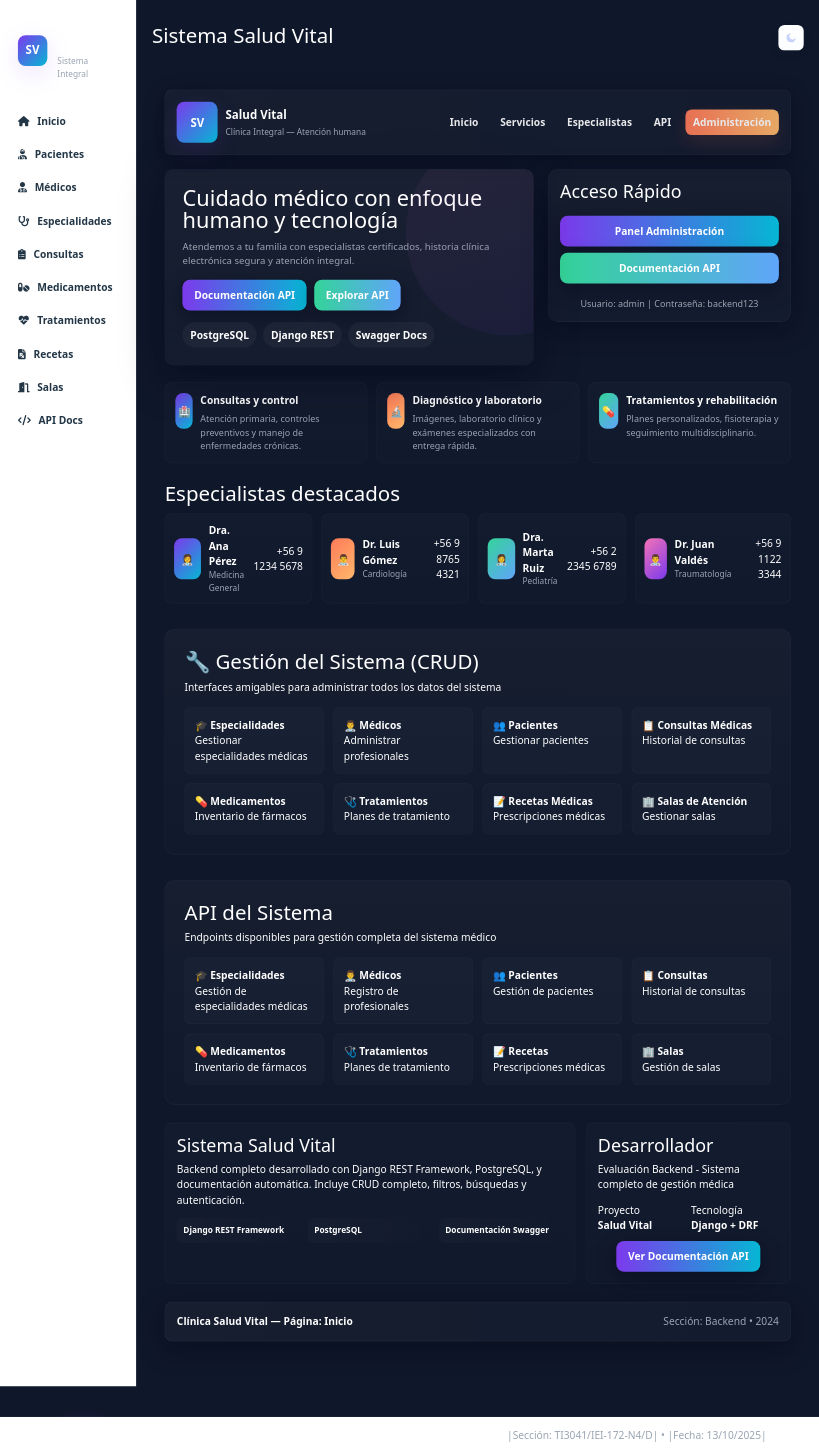
Repository: KeviNozh/eva2_clinica
Page: templates/index.html
The author's editor kept a copy of each file at every save. The page is drawn from the files as they stood at one save, then again after a run of saves.
The browser window is 1280 px wide. The pictures show the whole page, at 64% of full size.
The template is drawn by Django 5.2. The application's start-up code is not run. Other server files are loaded and not shown. The template is opened directly, without the code that normally fills it, so the values that code supplies are empty.

Above is the page before, as saved 2025-10-14 19:41:50.

### templates/index.html
{% extends 'base.html' %}

{% block title %}Inicio - Salud Vital{% endblock %}

{% block content %}
<!DOCTYPE html>
<html lang="es">
<head>
  <meta charset="utf-8" />
  <meta name="viewport" content="width=device-width,initial-scale=1" />
  <style>
  /* Paleta viva y variables */
  :root{
    --bg:#0f172a;               /* fondo oscuro general */
    --soft-bg:#f6fbff;          /* paneles claros */
    --glass: rgba(224, 255, 246, 0.06);
    --muted:#9aa4b2;
    --white:#ffffff;

    --c1-start:#7c3aed; --c1-end:#06b6d4;   /* morado -> cian */
    --c2-start:#ff7a59; --c2-end:#ffb86b;   /* naranja -> amarillo */
    --c3-start:#34d399; --c3-end:#60a5fa;   /* verde -> azul */
    --c4-start:#f472b6; --c4-end:#7c3aed;   /* rosa -> morado */

    --radius:14px;
    --shadow-lg: 0 18px 60px rgba(2,6,23,0.5);
    --max-width:1200px;
    font-family: Inter, system-ui, -apple-system, "Segoe UI", Roboto, "Helvetica Neue", Arial, sans-serif;
    color-scheme: dark;
  }

  /* Reset y layout */
  *{box-sizing:border-box}
  html,body{height:100%;margin:0;background:
    radial-gradient(600px 300px at 10% 10%, rgba(124,58,237,0.12), transparent 10%),
    radial-gradient(500px 240px at 90% 70%, rgba(6,182,212,0.08), transparent 8%),
    var(--bg);
    -webkit-font-smoothing:antialiased;color:var(--white);
  }
  a{color:inherit;text-decoration:none}
  .wrap{max-width:var(--max-width);margin:30px auto;padding:20px}

  /* Header */
  header.site{
    display:flex;align-items:center;gap:16px;padding:18px;border-radius:12px;
    background: linear-gradient(90deg, rgba(255,255,255,0.03), rgba(255,255,255,0.02));
    border: 1px solid rgba(255,255,255,0.04);
    box-shadow: 0 8px 30px rgba(2,6,23,0.45);
  }
  .brand{display:flex;gap:12px;align-items:center}
  .logo{
    width:64px;height:64px;border-radius:12px;background:linear-gradient(135deg,var(--c1-start),var(--c1-end));
    display:grid;place-items:center;font-weight:900;font-size:18px;color:var(--white);box-shadow:0 12px 40px rgba(124,58,237,0.14)
  }
  .brand .title{font-weight:800;font-size:18px}
  .brand .subtitle{font-size:13px;color:var(--muted);margin-top:4px}

  nav.main{margin-left:auto;display:flex;gap:10px;align-items:center}
  .nav-link{padding:8px 12px;border-radius:10px;color:var(--white);opacity:0.9;font-weight:700}
  .nav-link.ghost{background:transparent;border:1px solid rgba(255,255,255,0.04);opacity:0.8}
  .nav-link.cta{background:linear-gradient(90deg,var(--c2-start),var(--c2-end));box-shadow:0 12px 30px rgba(255,122,89,0.14)}

  /* Hero */
  .hero{display:grid;grid-template-columns:1fr 380px;gap:22px;margin-top:22px;align-items:start}
  @media (max-width:980px){ .hero{grid-template-columns:1fr} }
  .hero-card{
    background: linear-gradient(180deg, rgba(255,255,255,0.04), rgba(255,255,255,0.02));
    border-radius:var(--radius);padding:28px;box-shadow:var(--shadow-lg);
    position:relative;overflow:hidden;
  }
  /* decorative shapes */
  .hero-card::before{
    content:"";position:absolute;right:-120px;top:-60px;width:320px;height:320px;border-radius:160px;
    background:linear-gradient(135deg,var(--c4-start),var(--c4-end));opacity:0.06;transform:rotate(20deg);
  }
  .hero h1{margin:0;font-size:34px;line-height:1.02}
  .hero p{margin:12px 0;color:var(--muted);font-size:15px}
  .cta-group{display:flex;gap:12px;margin-top:18px;flex-wrap:wrap}
  .btn{
    padding:12px 18px;border-radius:12px;border:0;font-weight:800;cursor:pointer;
    color:var(--white);box-shadow:0 10px 30px rgba(2,6,23,0.4)
  }
  .btn.primary{background:linear-gradient(90deg,var(--c1-start),var(--c1-end))}
  .btn.alt{background:linear-gradient(90deg,var(--c3-start),var(--c3-end))}

  /* Appointment card (right) */
  .appointment{
    background: linear-gradient(180deg, rgba(255,255,255,0.03), rgba(255,255,255,0.02));
    padding:18px;border-radius:16px;border:1px solid rgba(255,255,255,0.04);box-shadow:0 12px 40px rgba(2,6,23,0.45)
  }
  .appointment h3{margin:0 0 10px 0}
  .appointment label{display:block;font-size:13px;color:var(--muted);margin-bottom:6px}
  .appointment input, .appointment select{width:100%;padding:10px;border-radius:10px;border:1px solid rgba(255,255,255,0.04);background:transparent;color:var(--white);margin-bottom:10px}

  /* Services grid */
  .services{display:grid;grid-template-columns:repeat(3,1fr);gap:14px;margin-top:26px}
  @media (max-width:1100px){ .services{grid-template-columns:repeat(2,1fr)} }
  @media (max-width:700px){ .services{grid-template-columns:1fr} }
  .service{
    background:linear-gradient(180deg, rgba(255,255,255,0.02), rgba(255,255,255,0.01));
    padding:16px;border-radius:12px;border:1px solid rgba(255,255,255,0.03);display:flex;gap:12px;align-items:flex-start;
  }
  .service .icon{width:56px;height:56px;border-radius:12px;display:grid;place-items:center;color:var(--white);font-weight:900}
  .s1{background:linear-gradient(135deg,var(--c1-start),var(--c1-end))}
  .s2{background:linear-gradient(135deg,var(--c2-start),var(--c2-end))}
  .s3{background:linear-gradient(135deg,var(--c3-start),var(--c3-end))}
  .service .title{font-weight:800}
  .service .desc{color:var(--muted);margin-top:6px;font-size:14px}

  /* Specialists */
  .specialists{margin-top:28px}
  .specialists h2{margin:0 0 12px 0}
  .cards{display:grid;grid-template-columns:repeat(4,1fr);gap:14px}
  @media (max-width:1100px){ .cards{grid-template-columns:repeat(2,1fr)} }
  @media (max-width:600px){ .cards{grid-template-columns:1fr} }
  .doctor{
    background:linear-gradient(180deg, rgba(255,255,255,0.02), rgba(255,255,255,0.01));
    padding:14px;border-radius:12px;border:1px solid rgba(255,255,255,0.03);display:flex;gap:12px;align-items:center;
  }
  .avatar{width:64px;height:64px;border-radius:12px;display:grid;place-items:center;font-weight:900;color:var(--white)}
  .avatar.a1{background:linear-gradient(135deg,var(--c1-start),var(--c1-end))}
  .avatar.a2{background:linear-gradient(135deg,var(--c2-start),var(--c2-end))}
  .avatar.a3{background:linear-gradient(135deg,var(--c3-start),var(--c3-end))}
  .avatar.a4{background:linear-gradient(135deg,var(--c4-start),var(--c4-end))}
  .doc-meta .name{font-weight:800}
  .doc-meta .spec{color:var(--muted);font-size:13px}

  /* Facilities / base */
  .base{display:grid;grid-template-columns:2fr 1fr;gap:16px;margin-top:28px}
  @media (max-width:900px){ .base{grid-template-columns:1fr} }
  .about, .contact{
    background: linear-gradient(180deg, rgba(255,255,255,0.02), rgba(255,255,255,0.01));
    padding:18px;border-radius:12px;border:1px solid rgba(255,255,255,0.03);
  }
  .about h3{margin-top:0}
  .features{display:grid;grid-template-columns:repeat(3,1fr);gap:10px;margin-top:12px}
  .feature{padding:10px;border-radius:10px;background:linear-gradient(90deg, rgba(255,255,255,0.02), transparent);font-weight:700;color:var(--white);font-size:13px}

  /* Contact */
  .contact form input, .contact form textarea{width:100%;padding:10px;border-radius:10px;border:1px solid rgba(255,255,255,0.04);background:transparent;color:var(--white);margin-bottom:8px}

  /* Footer */
  footer.site{
    margin-top:28px;padding:18px;border-radius:12px;background:linear-gradient(90deg, rgba(255,255,255,0.03), rgba(255,255,255,0.02));
    border:1px solid rgba(255,255,255,0.04);
    display:flex;justify-content:space-between;align-items:center;gap:12px;box-shadow:0 12px 40px rgba(2,6,23,0.45)
  }
  .footer-left{font-weight:800}
  .footer-right{color:var(--muted)}
  .pill{display:inline-block;padding:8px 12px;border-radius:999px;background:rgba(255,255,255,0.04);font-weight:700}

  /* API Links Section */
  .api-section {
    margin-top: 40px;
    padding: 30px;
    background: linear-gradient(180deg, rgba(255,255,255,0.03), rgba(255,255,255,0.01));
    border-radius: 16px;
    border: 1px solid rgba(255,255,255,0.04);
  }
  .api-links {
    display: grid;
    grid-template-columns: repeat(auto-fit, minmax(200px, 1fr));
    gap: 15px;
    margin-top: 20px;
  }
  .api-link {
    padding: 15px;
    background: rgba(255,255,255,0.02);
    border-radius: 10px;
    border: 1px solid rgba(255,255,255,0.03);
    transition: all 0.3s ease;
  }
  .api-link:hover {
    background: rgba(255,255,255,0.05);
    transform: translateY(-2px);
  }

  /* Small responsive tweaks */
  @media (max-width:520px){
    .nav-link{display:none}
    header.site{padding:12px}
    .logo{width:52px;height:52px}
  }
  </style>
</head>
<body>
  <div class="wrap">
    <!-- Header -->
    <header class="site" role="banner" aria-label="Encabezado principal">
      <div class="brand">
        <div class="logo" aria-hidden>SV</div>
        <div>
          <div class="title">Salud Vital</div>
          <div class="subtitle">Clínica Integral — Atención humana</div>
        </div>
      </div>

      <nav class="main" role="navigation" aria-label="Navegación principal">
        <a class="nav-link" href="#home">Inicio</a>
        <a class="nav-link" href="#servicios">Servicios</a>
        <a class="nav-link" href="#medicos">Especialistas</a>
        <a class="nav-link" href="#api">API</a>
        <a class="nav-link cta" href="/admin/">Administración</a>
      </nav>
    </header>

    <!-- Hero + Appointment -->
    <section class="hero" id="home" aria-labelledby="hero-title">
      <div class="hero-card">
        <h1 id="hero-title">Cuidado médico con enfoque humano y tecnología</h1>
        <p>Atendemos a tu familia con especialistas certificados, historia clínica electrónica segura y atención integral.</p>

        <div class="cta-group">
          <a class="btn primary" href="/api/docs/">Documentación API</a>
          <a class="btn alt" href="/api/">Explorar API</a>
        </div>

        <div style="margin-top:18px;display:flex;gap:10px;flex-wrap:wrap">
          <span class="pill">PostgreSQL</span>
          <span class="pill">Django REST</span>
          <span class="pill">Swagger Docs</span>
        </div>
      </div>

      <aside class="appointment" aria-labelledby="ap-title" id="cita">
        <h3 id="ap-title">Acceso Rápido</h3>
        <div style="text-align: center; margin: 20px 0;">
          <a href="/admin/" class="btn primary" style="display: block; margin-bottom: 10px;">Panel Administración</a>
          <a href="/api/docs/" class="btn alt" style="display: block;">Documentación API</a>
        </div>
        <div style="color: var(--muted); font-size: 14px; text-align: center;">
          Usuario: admin | Contraseña: backend123
        </div>
      </aside>
    </section>

    <!-- Services -->
    <section id="servicios" class="services" aria-label="Servicios destacados">
      <article class="service">
        <div class="icon s1">🏥</div>
        <div>
          <div class="title">Consultas y control</div>
          <div class="desc">Atención primaria, controles preventivos y manejo de enfermedades crónicas.</div>
        </div>
      </article>

      <article class="service">
        <div class="icon s2">🔬</div>
        <div>
          <div class="title">Diagnóstico y laboratorio</div>
          <div class="desc">Imágenes, laboratorio clínico y exámenes especializados con entrega rápida.</div>
        </div>
      </article>

      <article class="service">
        <div class="icon s3">💊</div>
        <div>
          <div class="title">Tratamientos y rehabilitación</div>
          <div class="desc">Planes personalizados, fisioterapia y seguimiento multidisciplinario.</div>
        </div>
      </article>
    </section>

    <!-- Specialists -->
    <section class="specialists" id="medicos">
      <h2>Especialistas destacados</h2>
      <div class="cards" role="list">
        <div class="doctor" role="listitem">
          <div class="avatar a1">👩‍⚕️</div>
          <div class="doc-meta" style="flex:1">
            <div class="name">Dra. Ana Pérez</div>
            <div class="spec">Medicina General</div>
          </div>
          <div style="text-align:right">
            <div class="muted">+56 9 1234 5678</div>
          </div>
        </div>

        <div class="doctor">
          <div class="avatar a2">👨‍⚕️</div>
          <div class="doc-meta" style="flex:1">
            <div class="name">Dr. Luis Gómez</div>
            <div class="spec">Cardiología</div>
          </div>
          <div style="text-align:right">
            <div class="muted">+56 9 8765 4321</div>
          </div>
        </div>

        <div class="doctor">
          <div class="avatar a3">👩‍⚕️</div>
          <div class="doc-meta" style="flex:1">
            <div class="name">Dra. Marta Ruiz</div>
            <div class="spec">Pediatría</div>
          </div>
          <div style="text-align:right">
            <div class="muted">+56 2 2345 6789</div>
          </div>
        </div>

        <div class="doctor">
          <div class="avatar a4">👨‍⚕️</div>
          <div class="doc-meta" style="flex:1">
            <div class="name">Dr. Juan Valdés</div>
            <div class="spec">Traumatología</div>
          </div>
          <div style="text-align:right">
            <div class="muted">+56 9 1122 3344</div>
          </div>
        </div>
      </div>
    </section>

<!-- Agregar esta sección después de "Especialistas destacados" -->
<section class="api-section" id="crud">
  <h2>🔧 Gestión del Sistema (CRUD)</h2>
  <p class="muted">Interfaces amigables para administrar todos los datos del sistema</p>

  <div class="api-links">
    <a href="/crud/especialidades/" class="api-link">
      <strong>🎓 Especialidades</strong>
      <div class="muted">Gestionar especialidades médicas</div>
    </a>
    <a href="/crud/medicos/" class="api-link">
      <strong>👨‍⚕️ Médicos</strong>
      <div class="muted">Administrar profesionales</div>
    </a>
    <a href="/crud/pacientes/" class="api-link">
      <strong>👥 Pacientes</strong>
      <div class="muted">Gestionar pacientes</div>
    </a>
    <a href="/crud/consultas/" class="api-link">
      <strong>📋 Consultas Médicas</strong>
      <div class="muted">Historial de consultas</div>
    </a>
    <a href="/crud/medicamentos/" class="api-link">
      <strong>💊 Medicamentos</strong>
      <div class="muted">Inventario de fármacos</div>
    </a>
    <a href="/crud/tratamientos/" class="api-link">
      <strong>🩺 Tratamientos</strong>
      <div class="muted">Planes de tratamiento</div>
    </a>
    <a href="/crud/recetas/" class="api-link">
      <strong>📝 Recetas Médicas</strong>
      <div class="muted">Prescripciones médicas</div>
    </a>
    <a href="/crud/salas/" class="api-link">
      <strong>🏢 Salas de Atención</strong>
      <div class="muted">Gestionar salas</div>
    </a>
  </div>
</section>

    <!-- API Section -->
    <section class="api-section" id="api">
      <h2>API del Sistema</h2>
      <p class="muted">Endpoints disponibles para gestión completa del sistema médico</p>

      <div class="api-links">
        <a href="/api/especialidades/" class="api-link">
          <strong>🎓 Especialidades</strong>
          <div class="muted">Gestión de especialidades médicas</div>
        </a>
        <a href="/api/medicos/" class="api-link">
          <strong>👨‍⚕️ Médicos</strong>
          <div class="muted">Registro de profesionales</div>
        </a>
        <a href="/api/pacientes/" class="api-link">
          <strong>👥 Pacientes</strong>
          <div class="muted">Gestión de pacientes</div>
        </a>
        <a href="/api/consultas-medicas/" class="api-link">
          <strong>📋 Consultas</strong>
          <div class="muted">Historial de consultas</div>
        </a>
        <a href="/api/medicamentos/" class="api-link">
          <strong>💊 Medicamentos</strong>
          <div class="muted">Inventario de fármacos</div>
        </a>
        <a href="/api/tratamientos/" class="api-link">
          <strong>🩺 Tratamientos</strong>
          <div class="muted">Planes de tratamiento</div>
        </a>
        <a href="/api/recetas-medicas/" class="api-link">
          <strong>📝 Recetas</strong>
          <div class="muted">Prescripciones médicas</div>
        </a>
        <a href="/api/salas-atencion/" class="api-link">
          <strong>🏢 Salas</strong>
          <div class="muted">Gestión de salas</div>
        </a>
      </div>
    </section>

    <!-- Base / About & Contact -->
    <section class="base" id="contacto">
      <div class="about">
        <h3>Sistema Salud Vital</h3>
        <p class="muted">Backend completo desarrollado con Django REST Framework, PostgreSQL, y documentación automática. Incluye CRUD completo, filtros, búsquedas y autenticación.</p>

        <div class="features" aria-hidden>
          <div class="feature">Django REST Framework</div>
          <div class="feature">PostgreSQL</div>
          <div class="feature">Documentación Swagger</div>
        </div>
      </div>

      <aside class="contact" aria-labelledby="contact-title">
        <h3 id="contact-title">Desarrollador</h3>
        <p class="muted">Evaluación Backend - Sistema completo de gestión médica</p>

        <div style="display:flex;gap:8px;margin-top:8px">
          <div style="flex:1">
            <div class="muted">Proyecto</div>
            <div style="font-weight:800">Salud Vital</div>
          </div>
          <div style="flex:1">
            <div class="muted">Tecnología</div>
            <div style="font-weight:800">Django + DRF</div>
          </div>
        </div>

        <div style="margin-top:12px; text-align: center;">
          <a href="/api/docs/" class="btn primary">Ver Documentación API</a>
        </div>
      </aside>
    </section>

    <!-- Footer -->
    <footer class="site" role="contentinfo">
      <div class="footer-left">
        Clínica Salud Vital — Página: Inicio
      </div>
      <div class="footer-right">
        <div class="muted">Sección: Backend • <span>2024</span></div>
      </div>
    </footer>
  </div>
</body>
</html>
{% endblock %}

Loaded but not shown: templates/base.html (345 lines, source omitted)

After the next 4 saves:
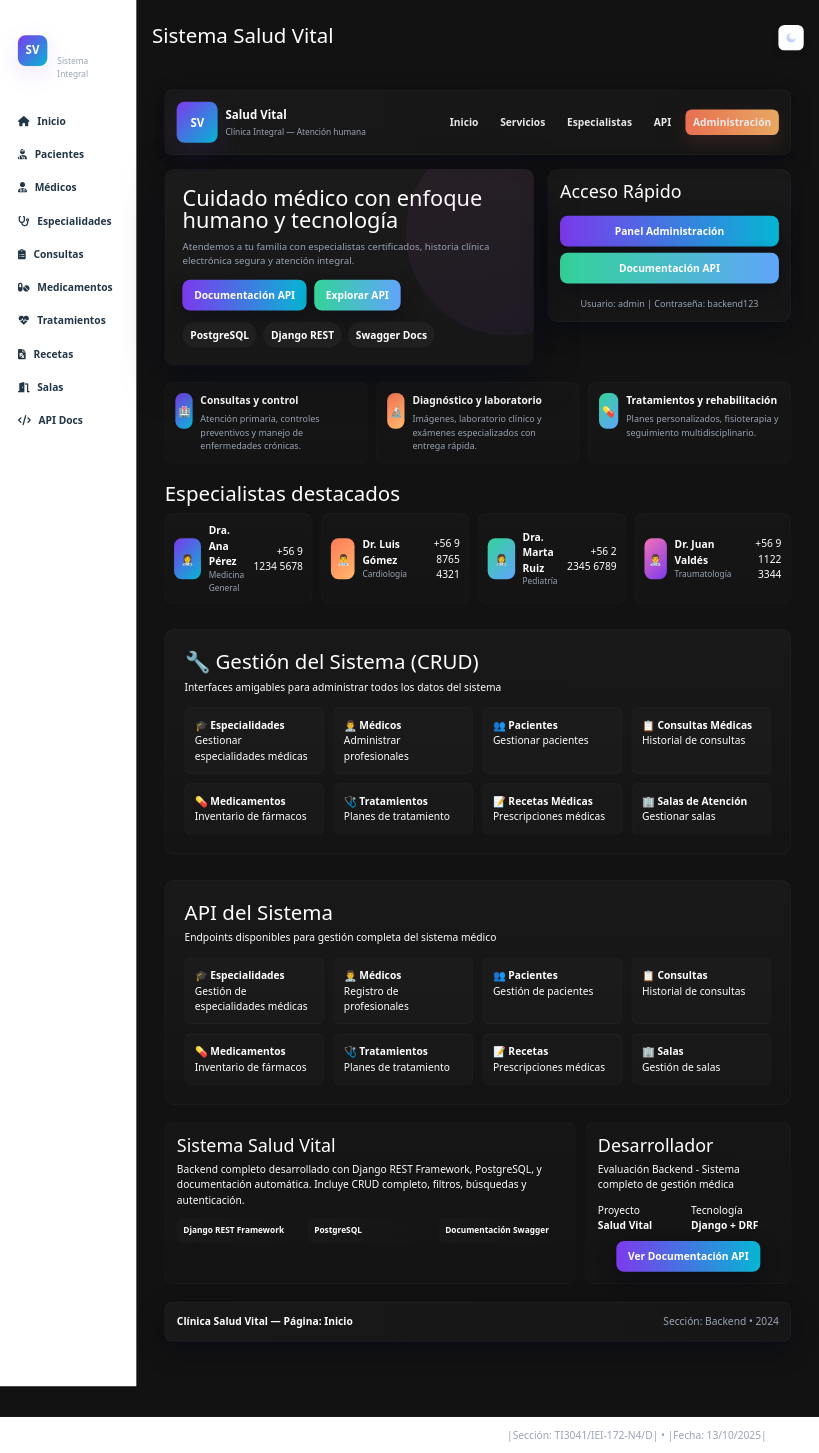
The 4 saves are shown as one change because they came seconds apart.
The last was saved 2 min 9 s later.
--- a/templates/index.html
+++ b/templates/index.html
@@ -11,7 +11,7 @@
   <style>
   /* Paleta viva y variables */
   :root{
-    --bg:#0f172a;               /* fondo oscuro general */
+    --bg:#               /* fondo oscuro general */
     --soft-bg:#f6fbff;          /* paneles claros */
     --glass: rgba(224, 255, 246, 0.06);
     --muted:#9aa4b2;
